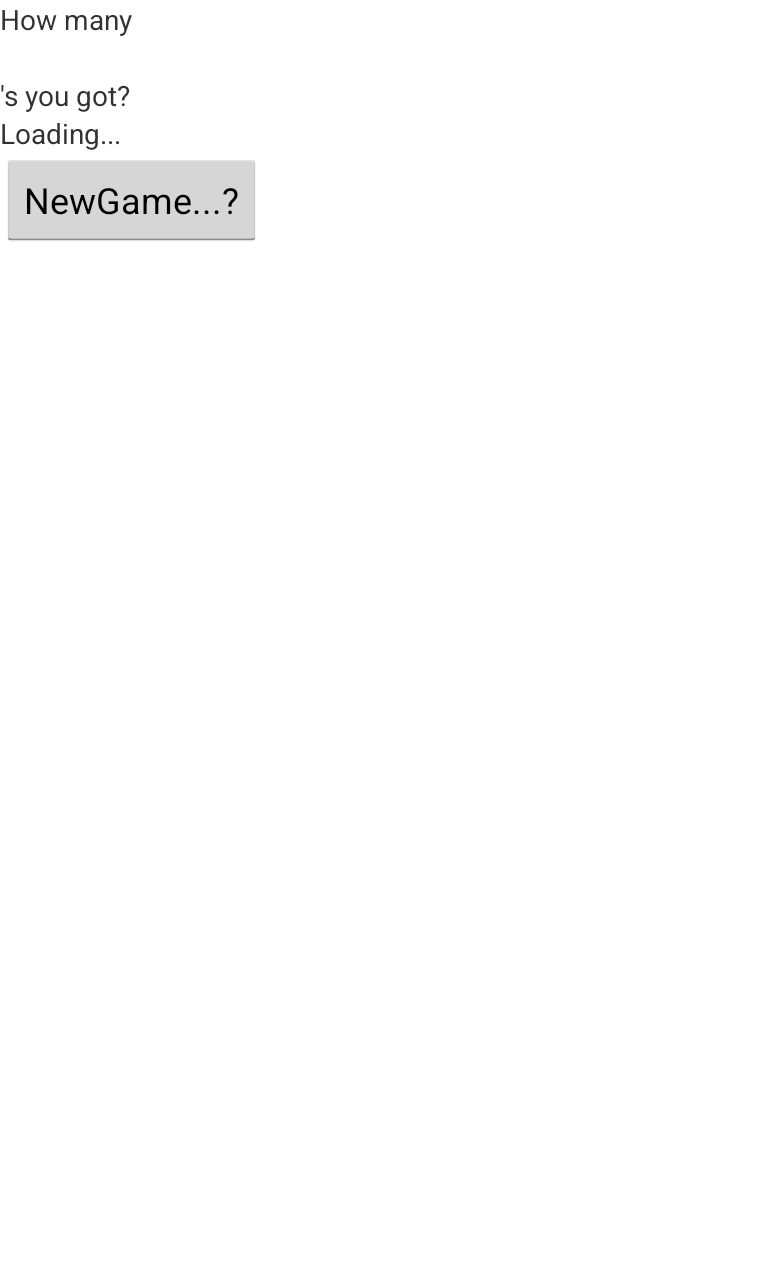
Repository: RayyLim/LiarPoker
Layout: LiarPoker/res/layout/result_main.xml
The author's editor kept a copy of each file at every save. The layout is drawn from the files as they stood at one save, then again after the next save.
It is drawn on a 768 x 1280 px phone screen (xhdpi) without system bars, with theme AppTheme; the app's code is not run.

Above is the layout before, as saved 2012-07-22 15:58:22.

After the next save:
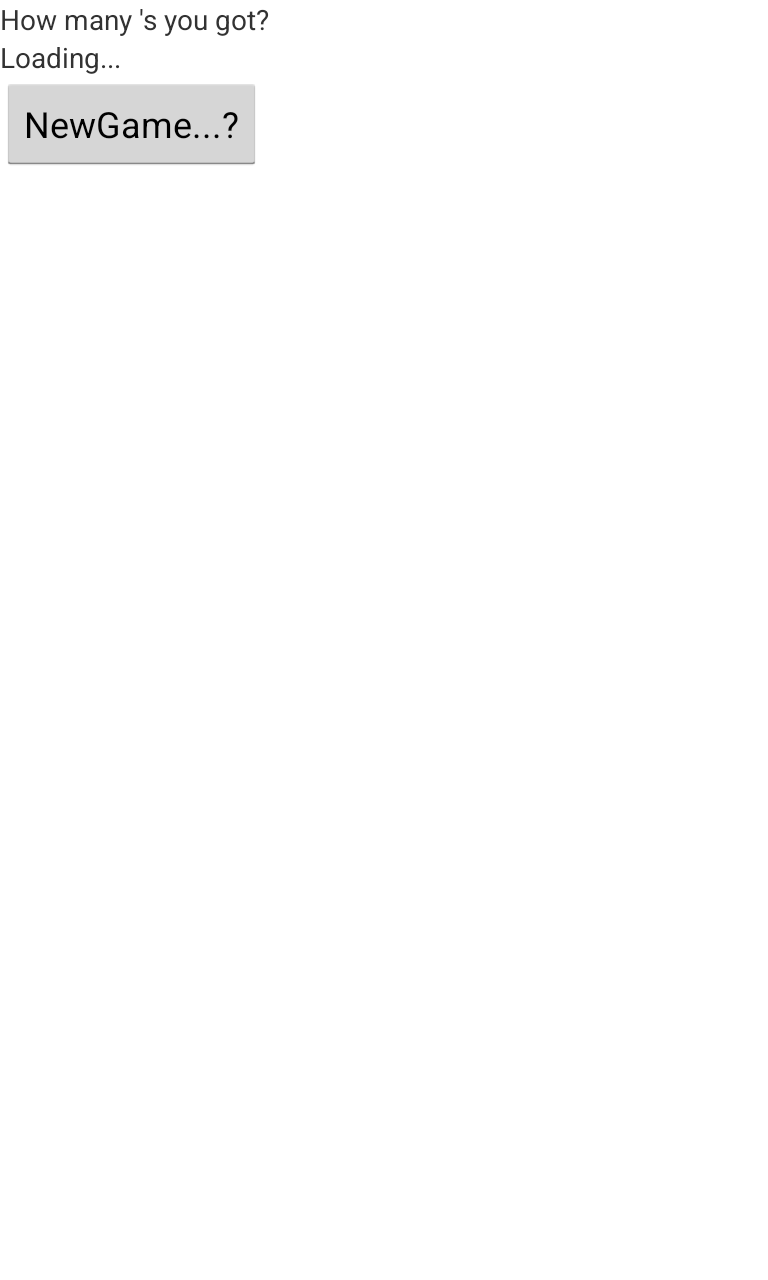
Saved 56 s later.
--- a/LiarPoker/res/layout/result_main.xml
+++ b/LiarPoker/res/layout/result_main.xml
@@ -4,8 +4,16 @@
     android:layout_height="match_parent"
     android:orientation="vertical" >
 
+    <LinearLayout
+        android:layout_width="match_parent"
+        android:layout_height="wrap_content"
+        android:orientation="vertical" >
+    </LinearLayout>
 
-    <TextView
+    <LinearLayout
+        android:layout_width="match_parent"
+        android:layout_height="wrap_content" >
+        <TextView
         android:layout_width="wrap_content"
         android:layout_height="wrap_content"
         android:text="How many " />
@@ -18,6 +26,9 @@
         android:layout_width="wrap_content"
         android:layout_height="wrap_content"
         android:text="'s you got?" />
+    </LinearLayout>
+
+
 
     <TableLayout
         android:id="@+id/resultTable"
